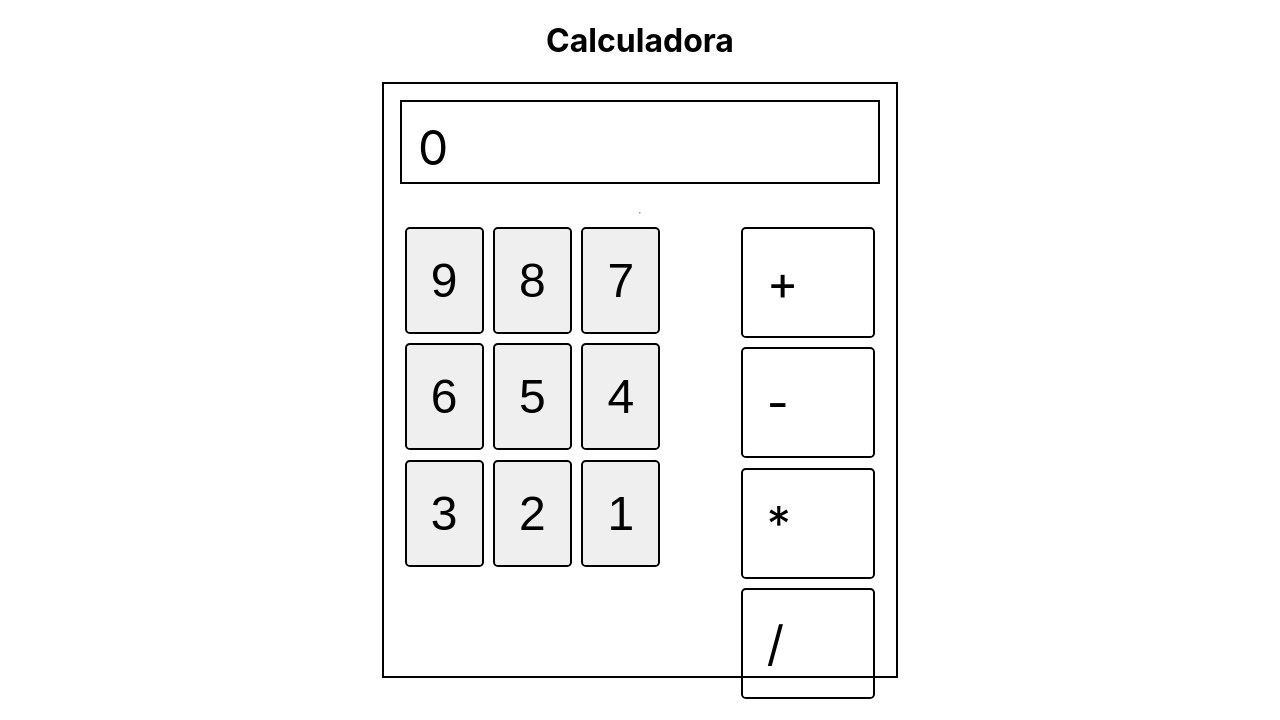
Repository: yamaka/curso-react-febrero-2022
Page: /
The author's editor kept a copy of each file at every save. The page is drawn from the files as they stood at one save, then again after the next save.
The browser window is 1280 px wide. The pictures show the whole page.
The project was rebuilt for these pictures with package versions that can differ from the ones it lists, and the page was loaded fresh each time. Also part of the build but not shown: src/App.css, src/components/Zanahoria/Zanahoria.css, src/components/Zanahoria/Zanahoria.js, src/components/Zanahorias/Zanahorias.js, src/components/Lechuga/Lechuga.css, src/components/Lechuga/Lechuga.js, src/components/Calculadora/Calculadora.css, src/components/Calculadora/Calculadora.js and 4 more.

Above is the page before, as saved 2022-03-02 18:43:01.

### src/index.js
import React from 'react';
import ReactDOM from 'react-dom';
import './index.css';
import App from './App';
import reportWebVitals from './reportWebVitals';

ReactDOM.render(
  <React.StrictMode>
    <App />
  </React.StrictMode>,
  document.getElementById('root')
);

// If you want to start measuring performance in your app, pass a function
// to log results (for example: reportWebVitals(console.log))
// or send to an analytics endpoint. Learn more: https://bit.ly/CRA-vitals
reportWebVitals();

### src/App.js
import logo from './logo.svg';
import './App.css';
import Zanahorias from './components/Zanahorias/Zanahorias';
import Lechuga from './components/Lechuga/Lechuga';
import Calculadora from './components/Calculadora/Calculadora';
import CiclosVida from './components/CiclosVida/CiclosVida';
import CalculadoraHooks from './hooks/Calculadora/Calculadora'

function App() {
  return (
    <div style={{
      display: 'flex',
      flexDirection: 'column',
      justifyContent: 'center',
      alignItems: 'center'
    }}>
      {/* componentes sin estado  */}
      {/* <h1>Componentes sin estado  funcionales</h1>
      <h2>Verduleria</h2>
      <Zanahorias titulo={"zanahorias super economicas"} cantidad={3} />  */}
        {/* hacer lo mismo con lechugas */}
      {/* componentes con estado */}
      {/* <h1>componentes con estado como clase</h1>
      <Calculadora/> */}
      {/* <CiclosVida/> */}
      <CalculadoraHooks/>
    </div>
  );
}

export default App;

### src/hooks/Calculadora/Calculadora.js
//componentes como funcionales con estado
import React, { useState } from "react";
import Input from "../components/Input/Input";
import BotonNumerico from "../components/BotonNumerico/BotonNumerico";
import BotonOperacion from "../components/BotonOperacion/BotonOperacion";
import BotonIgual from "../components/BotonIgual/BotonIgual";

import "./Calculadora.css";

const Calculadora = () => {
  const [display, setDisplay] = useState("0");
  const [operandoA, setOperandoA] = useState(0);
  const [operandoB, setOperandoB] = useState(0);
  const [operacion, setOperacion] = useState("+");

  const onPressNumerico = (numero) => {
    if (operandoA == 0) {
      setOperandoA(numero);
      setDisplay(numero);
    } else {
      setOperandoB(numero);
      setDisplay(display + numero);
    }
  };

  const onPressOperacion = (operacion) => {
    setOperacion(operacion);
    setDisplay(display + operacion);
  };

  const calcular = () => {
    switch (operacion) {
      case "+":
        setDisplay((parseInt(operandoA) + parseInt(operandoB)).toString());
    }
  };

  return (
    <div className="container">
      <h1>Calculadora</h1>
      <div className="calculadora-container">
        <Input value={display} />
        <br />
        <hr />
        <div
          style={{
            display: "flex",
            flex: 1,
            flexDirection: "row",
          }}
        >
          <div style={{ display: "flex", flex: 1, flexDirection: "column" }}>
            <div style={{ display: "flex", flexDirection: "row" }}>
              <BotonNumerico value="9" onPress={onPressNumerico} />
              <BotonNumerico value="8" onPress={onPressNumerico} />
              <BotonNumerico value="7" onPress={onPressNumerico} />
            </div>
            <div style={{ display: "flex", flexDirection: "row" }}>
              <BotonNumerico value="6" onPress={onPressNumerico} />
              <BotonNumerico value="5" onPress={onPressNumerico} />
              <BotonNumerico value="4" onPress={onPressNumerico} />
            </div>
            <div style={{ display: "flex", flexDirection: "row" }}>
              <BotonNumerico value="3" onPress={onPressNumerico} />
              <BotonNumerico value="2" onPress={onPressNumerico} />
              <BotonNumerico value="1" onPress={onPressNumerico} />

              {/* <div>
                <BotonNumerico value="0" onPress={onPressNumerico} />
                <BotonIgual onPress={calcular} />
              </div> */}
            </div>
          </div>
          <div
            style={{ display: "flex", flexDirection: "column", width: "30%" }}
          >
            <BotonOperacion operator="+" onPress={onPressOperacion} />
            <BotonOperacion operator="-" onPress={onPressOperacion} />
            <BotonOperacion operator="*" onPress={onPressOperacion} />
            <BotonOperacion operator="/" onPress={onPressOperacion} />
          </div>
        </div>
      </div>
    </div>
  );
};

export default Calculadora;

### src/hooks/components/Input/Input.js
import React from 'react'
import './Input.css'
//tarea que los numeros introduciodps vayan a la derecha

const Input = ({value}) => {
  return (
    <div className='input-container'><span>{value}</span></div>
  )
}

export default Input

### src/hooks/components/BotonNumerico/BotonNumerico.js
import React from 'react'
import './BotonNumerico.css';
const BotonNumerico = ({value, onPress}) => {
  return (
    <button className='boton-numerico' onClick={()=>onPress(value)}>{value}</button>
  )
}

export default BotonNumerico

### src/hooks/components/BotonOperacion/BotonOperacion.js
import React from "react";
import "./BotonOperacion.css";

const BotonOperacion = ({ operator, onPress }) => {
  return (
    <div className="boton-operacion">
      <span onClick={() => onPress(operator)}>{operator}</span>
    </div>
  );
};

export default BotonOperacion;

### src/hooks/Calculadora/Calculadora.css

.container{
    display: flex;
    flex: 1;
    flex-direction: column;
    align-items: center;

}
.calculadora-container{
    padding: 1rem;
    border: solid 1px;
    border-width: 2px;
    display: flex;
    flex-direction: column;
    width: 30rem;
    height: 35rem;
}

### src/hooks/components/Input/Input.css
.input-container{
    border: solid 1px;
    border-width: 2px;
    height: 3rem;
    font-size: 3rem;
    padding: 1rem;
}

### src/hooks/components/BotonNumerico/BotonNumerico.css
.boton-numerico {
  border: solid 2px;
  padding: 1.5rem;
  border-radius: 0.3rem;
  font-size: 3rem;
  margin: 0.3rem;
}

### src/hooks/components/BotonOperacion/BotonOperacion.css
.boton-operacion {
  border: solid 2px;
  padding: 1.5rem;
  border-radius: 0.3rem;
  font-size: 3rem;
  margin: 0.3rem;
}

Loaded but not shown: public/index.html (common file); src/index.css (common file); src/reportWebVitals.js (common file)

After the next save:
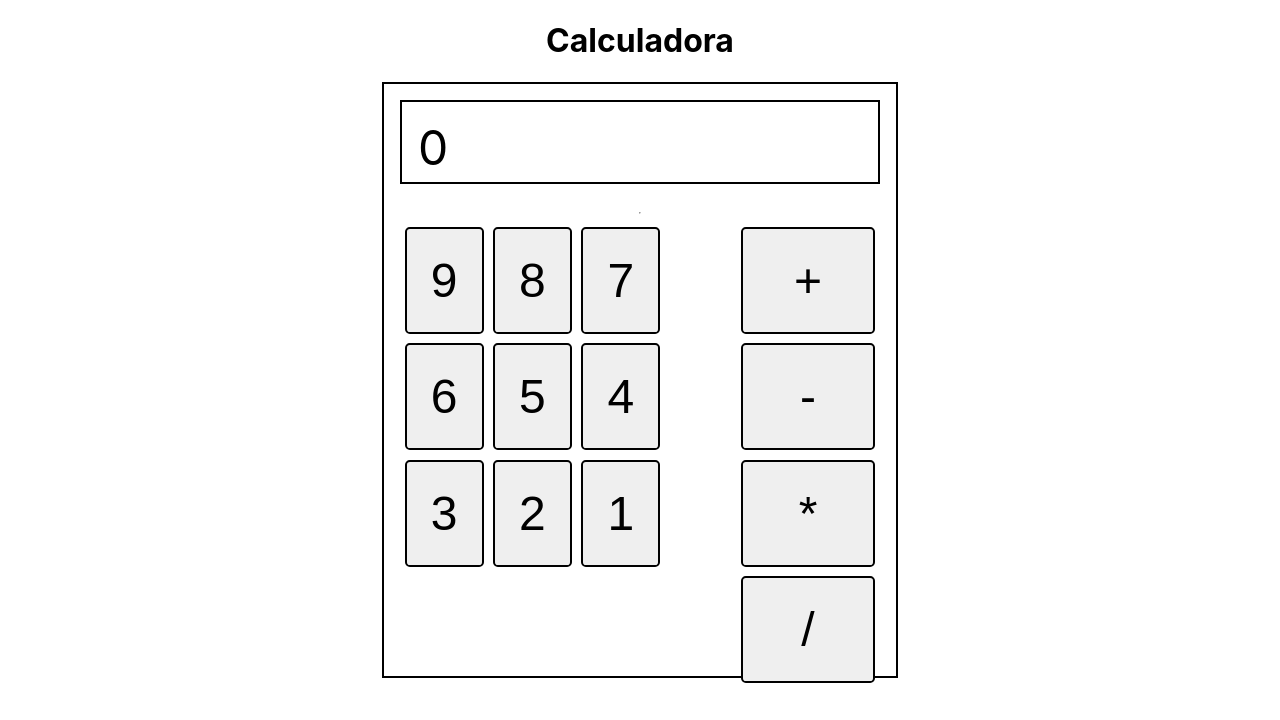
Saved 39 s later.
--- a/src/hooks/components/BotonOperacion/BotonOperacion.js
+++ b/src/hooks/components/BotonOperacion/BotonOperacion.js
@@ -3,9 +3,9 @@ import "./BotonOperacion.css";
 
 const BotonOperacion = ({ operator, onPress }) => {
   return (
-    <div className="boton-operacion">
-      <span onClick={() => onPress(operator)}>{operator}</span>
-    </div>
+    <button className="boton-operacion" onClick={() => onPress(operator)}>
+      {operator}
+    </button>
   );
 };
 
